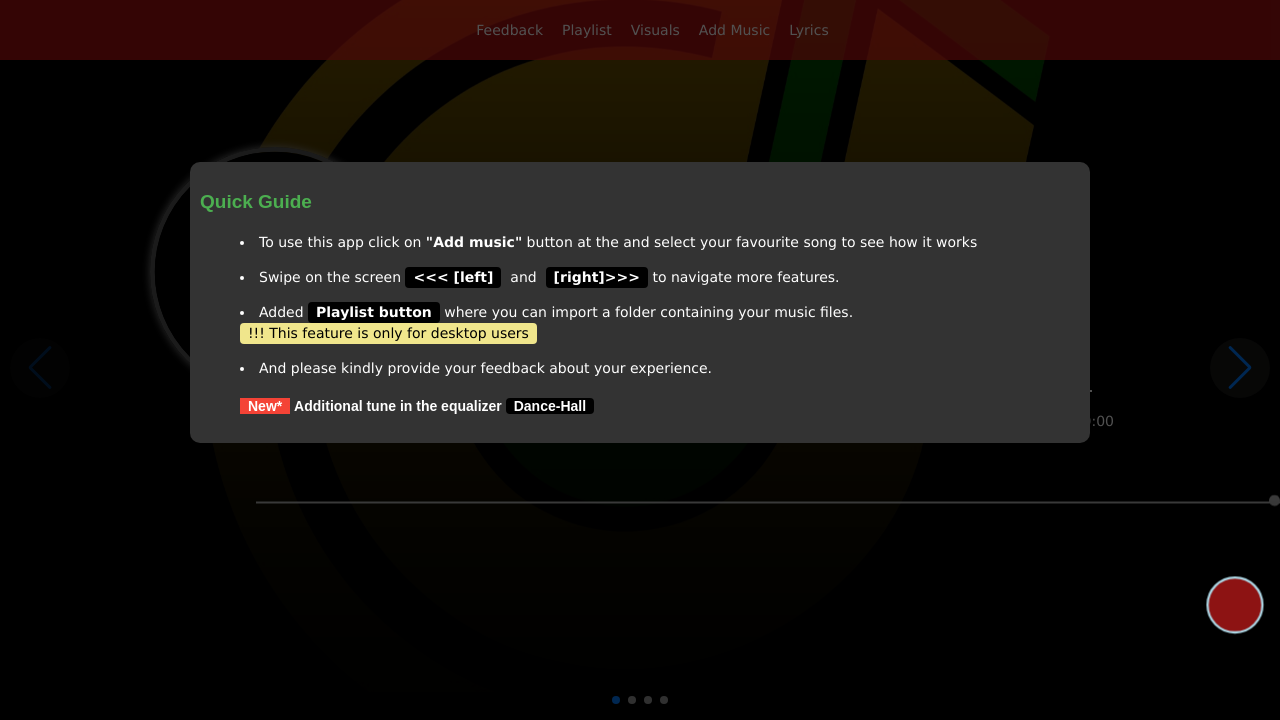
Repository: Mugamba669/JS-MusicFx
Page: Eq.html
An editor plug-in stored every save of this project. The page is shown before and after the next save, followed by the edit.
The browser window is 1280 px wide. The pictures show the whole page.
Some icons come from a web library that is not loaded, so they are not drawn.

Above is the page before, as saved 2021-07-27 20:44:59.

### Eq.html
<!DOCTYPE html>
<html lang="en">

<head>
    <meta charset="utf-8">
    <!-- <title>AudioDroid-WebVersion</title> -->
    <meta name="viewport" content="width=device-width, initial-scale=1, minimum-scale=1, maximum-scale=1">

    <!-- Demo styles -->
    <link rel="stylesheet" href='./tools/swiper-bundle.min.css'>
    <link rel="stylesheet" type="text/css" href="./tools/font-awesome-4.3.0/css/font-awesome.css"></link>
    <link rel="stylesheet" type="text/css" href="./tools/Eq.css"></link>
</head>

<body>
    <!-- Swiper -->
    <div class="pop-container">
        <div class="pop-content">
            <p>Do you want to restore your current settings?</p>
            <button id="done">OK</button>
            <button id="cancel">Cancel</button>
        </div>
    </div>

    <div class="t-container">
        <div class="t-content">
            <p>Do you want to restore your current settings?</p>
            <button id="t-done">OK</button>
            <button id="t-cancel">Cancel</button>
        </div>
    </div>

    <div class="r-container">
        <div class="r-content">
            <p>Do you want to restore your current settings?</p>
            <button id="r-done">OK</button>
            <button id="r-cancel">Cancel</button>
        </div>
    </div>
<!-- lyrics -->
<div class="lyrics-container">
    <div class="lyrics-wrapper">
        <p class="lyrics">No lyrics found !!!!</p>
    </div>
</div>
<!-- playlist -->
    <div class="w3-modal w3-container plist">
        <div class="w3-modal-content list">
                <p>Tracks ( <b class="total">0</b> )<label class="w3-indigo btn-playlist" for="tracks">Open Folder</label></p>
                <button class="fab-btn fa fa-arrow-right"></button>
                <!-- loader -->
                <div class="loader-container">
                    <!-- loader body -->
                    <div class="loader-body">
                        <!-- text-wrapper -->
                        <div class="text-wrapper">
                            <p class="text-l"><span class="text-output">0</span>&nbsp;&nbsp;%</p>
                        </div>
                        <!-- loader-widget -->
                        <div class="loader-wrapper">
                            <span class="progress-loader"></span>
                        </div>
                           <!-- animate backgro
                    <div class="loader-animate"></div> -->
                    </div>
                    <div class="success-container">
                        <p>Loaded <b class="msg"></b></p>
                    </div>
                </div>
        </div>

    </div>
    <input type="file" style="display: none;" accept='audio/*' webkitdirectory id='tracks'/>
    <!-- deprected -->
    <div id="mono-error" class="w3-animate-zoom w3-modal">
        <div class="w3-modal-content w3-khaki">
            <h3>This feature is <b class="w3-text-red">Depreacted</b> in ths version but will be supported in later version.</h3>
        </div>
    </div>
    <!-- bottom sheet -->
    <div class="bottom-container">
        <div class="bottom-sheet">
            <p class="next-track">Next Track</p>
        </div>
    </div>
    <!-- Changelog -->
    <div id="changelog" class="w3-modal">
        <div id="change-cont" style="overflow: auto;" class="w3-modal-content">
            <dl class="w3-text-green">Quick Guide</dl>
            <dt>
            <p><dd><li>To use this app click on <b>"Add music"</b>  button at the and select your favourite song to see how it works</li></dd></p>
            <p><dd><li>Swipe on the screen <b class="w3-tag w3-round"><<< [left]</b>&nbsp;&nbsp;and&nbsp;&nbsp;<b class="w3-tag w3-round">[right]>>></b> to navigate more features.</li></dd></p>
            <p><dd class=""><li>Added <b class="w3-tag w3-round">Playlist button</b> where you can import a folder containing your music files.<label class="w3-tag w3-khaki w3-round">!!! This feature is only for desktop users</label></label> </li></dd></p>
            <p><dd><li>And please kindly provide your feedback about your experience.</li></dd></p>
          </dt>
            <dl>
                <!-- <dt class="w3-tag w3-black">Changelog</dt><br> -->
                <!-- <dd> <span class="w3-tag w3-red">New*</span>&nbsp;Auto EQ-Tunner.</dd><br> -->
                <dd class="w3-text-white"><span class="w3-tag w3-red">New*</span>&nbsp;Additional tune in the equalizer <b class="w3-tag black w3-round">Dance-Hall</b></dd>
            </dl>
            <div class="fab">
                <button class="btn-fab fa fa-check" id="close-log"></button>
            </div>
        </div>
    </div>
    <!-- pop up for visualizers-->
    <div class="box w3-modal w3-animate-top">
        <div class="body w3-modal-content ">
            <p class="w3-hover-light-blue"> Visual dancing bars</p>
            <p class="w3-hover-light-blue"> Visual spectrum bars</p>
            <p class="w3-hover-light-blue"> Visual double dancing bars</p>
            <p class="w3-hover-light-blue"> Visual spiral center bars</p>
            <p class="w3-hover-light-blue">No visual Display</p>
        </div>
    </div>
<canvas id="image-color" style="display: none;"></canvas>
    <div class="swiper-container">
        <div class="visualizers">
             <!-- double visualizer -->
         <div class="double-visual">
            <canvas class="db" id="up-bars-visual"></canvas>
            <canvas class="db" id="dw-bars-visual"></canvas>
        </div>
        <!-- -------- -->

        <div class="norm-visual">
            <!-- bars visualizer -->
            <canvas class="bv" id="bars-visual"></canvas>
            <!-- spectrum visualizer -->
            <canvas class="sv" id="spec-visual"></canvas>
        </div>


                        <!-- spiral visualizer -->
                        <div class="spiral">
                            <div class="row1">
                                <canvas class="sp1"></canvas>
                                <canvas class="sp1"></canvas>
                            </div>
                            <div class="row2">
                                <canvas class="sp1"></canvas>
                                <canvas class="sp1"></canvas>
                            </div>
                        </div>
                        <!----------------------------------->

        </div>

        <div class="swiper-wrapper">
            <div class="swiper-slide">
                <br>
                    <div class="body-content">
                        <input type="file" accept="audio/*" id="demo">
                        <br>
                        <div class="image-container">
                            <img src="" id="trackId" alt="TrackId">
                        </div>
                    <div class="main-body">
                        <div class="btn-container">
                            <button class="repeat-off fa fa-repeat" id="prev"></button>
                            <button class="repeat-on fa fa-repeat" id="prev"></button>
                            <button id="prevTrack" class="fa fa-step-backward"></button>

                            <button id="pause" style="cursor: pointer;" class="fa fa-pause btn-tn"></button>
                            <button id="play" style="cursor: pointer;" class="fa fa-play btn-tn"></button>

                            <button class="fa fa-step-forward" id="nextTrack"></button>
                            <button class="mute-on fa fa-volume-off" id="next"></button>
                            <button class="mute-off fa fa-volume-up" id="next"></button>

                        </div>

                        <div class="slider-container ">
                            <input type="range" class="progress-bar" value="0" max="" min="" id="prog">

                        </div>
                        <br>
                        <div id="update">
                            <span class=" w3-tag time">0:00</span><br><span class="w3-tag time">0:00</span>
                        </div>
                    </div>
                </div>
                        <div class="details">
                                <span id="title" class="title"><b>Title</b></span><br/>
                                <div class="bottom-details">
                                    <span id="artist" class="artist">artist </span>
                                    <span class="separator">|</span>
                                    <span id="album" class="album">album</span>
                                    <span class="separator2">|</span>
                                    <span id="size"class="size">size</span>

                                </div>

                        </div>

                <div class="control">
                    <button id="feedback">Feedback</button>
                    <button id="playlist">Playlist</button>
                    <button id="visual-select">Visuals</button>
                    <button id='add-music'>Add Music</button>
                    <button id='lyrics-btn'>Lyrics</button>
                </div>
            </div>
<!-- Equalizer -->
            <div class="swiper-slide shade200">
                <p>Equalizer</p>
                <hr>
                <br>
                <select id="eqns">
     	 <option selected value="normal">Normal</option>
     	 <option value="bass">Hip Hop</option>
        <option value="rock">Rock</option>
        <option value="rnb">R&B</option>
        <option value="reg">Reggea</option>
        <option value="flat">Flat</option>
        <option value="dance">Dance-Hall</option>
        <option value="heavy">Heavy Metal</option>
     	 <option value="vocal">Vocal Boost</option>
     	 <option value="pop">Pop</option>
      </select>
                <br>
                <div class="auto">
                    <button>Auto-EQ</button>
                </div>
                <!-- stereo -->
                <p class="p-label">Stereo : <span id="st-out">0 dB</span></p>
                <input type="range" value="0" max="5" id="stereo" min="0" step="0.01">
                <!-- mid -->
                <p class="p-label">Mid XT : <span id="tb2">0 dB</span></p>
                <input type="range" value="0" max="3" id="treb-boost" min="0" step="0.01">
                <!-- bass -->
                <p class="p-label">Bass : <span id="bb1">50 dB</span></p>
                <input type="range" value="50" max="120" min="0" step="0.01" id="bass">
                <!-- bass-boast -->
                <p class="p-label">Bass Boost : <span id="bb2">2 dB</span></p>
                <input type="range" value="2" max="4" min="0" step="0.01" id='bass-boost'>
                <br>
                <br>
                <button id="reset" class="eq-reset">Reset</button>
                <br>

                <div class="load-body">
                    <b style="text-align: center;"><U>ATTENTION!!!</U></b><br>
                    <i style="color: white;font:bolder 15px Arial;">* By enabling this feature the player will be in able automatically select a suitable <em>EQ</em> for any track playing</i> <br>
                    <button id="ok">Ok</button>
                    <button id="can">Cancel</button>
                </div>
            </div>


            <div class="swiper-slide shade200">
                <p>Audio Tuning</p>
                <hr>
                <p class="p-label">Volume : <span id="vol">17 %</span></p>
                <input type="range" id="vol-add" value="0.17" max="1" min="0" step="0.01">
                <p class="p-label">Speed Rate : <span id="sp-rate">1.00 xp </span></p>
                <input type="range" id="rate-xp" value="1" max="2" min="0.5" step="0.01">

                <p class="p-label">Balance : <span id="bal">0 dB</span></p>
                <input type="range" value="0" id="balance" max="1" min="-1" step="0.01">

                <p class="p-label">Audio Gain : <span id="audio-b">1.0 dB</span></p>
                <input type="range" value="1" id="audio-boost" max="3" min="1" step="0.01">
                <p class="p-label">Limit : <span id="limit">0 dB</span></p>
                <input type="range" value="0" id="audio-limit" max="0" min="-100" step="0.01">
                <br>
                <br>
                <button style="display:none ;" class="tuning" id="reset">Reset</button>

            </div>



            <div class="swiper-slide shade200">
                <p>Room Effects</p>
                <hr>
                <br>
                <div class="switch">
                    <label class="w3-tag w3-round" style="font-size:14px;" for="switch" id="tx">Off</label>
                    <input type="checkbox" id="switch">
                </div>

                <select id="r-effects" disabled>
     		<option value="">Preset</option>
     		<option value="echo">Echo</option>
     		<option value="auditorium">Auditorium</option>
     		<option value="scene">Scene</option>
     		<option value="smallroom">Small Room</option>
     		<option value="medium">Medium Room</option>
     		<option value="greathall">Great Hall</option>
     		<option value="stadium">Stadium</option>
     </select>
                <br>
                <p class="p-label">Delay 01 : <span id="d1">0 dB</span></p>
                <input type="range" id="d1-v" value="0" max="1.6" min="0" step="0.01" disabled='true'>

                <p class="p-label">Size 01 : <span id="s1">0 dB</span></p>
                <input type="range" id="s1-v" value="0" max="1.5" min="0" step="0.01" disabled>

                <p class="p-label">Delay 02 : <span id="d2">0 dB</span></p>
                <input type="range" id="d2-v" value="0" max="1.6" min="0" step="0.01" disabled>

                <p class="p-label">Size 02 : <span id="s2">0 dB</span></p>
                <input type="range" value="0" id="s2-v" max="1.5" min="0" step="0.01" disabled>
                <br>
                <br>
                <button id="reset" class="room">Reset</button>
            </div>
            <!--div class="swiper-slide"></div-->
        </div>
        <div class="swiper-button-next"></div>
        <div class="swiper-button-prev"></div>
        <div class="swiper-pagination"></div>
    </div>



    <!-- Swiper JS -->
    <script src="./tools/swiper-bundle.min.js"></script>
    <script src="./tools/webkit-input-range-fill-lower.min.js"></script>
    <script src="./tools/jquery-1.9.1.min.js"></script>
    <script src="./tools/jquery-ui.min.js"></script>
    <script src="./tools/id3-minimized.js"></script>
    <script src="./tools/default.js"></script>
    <script type="module"  src="./tools/Eq.js"></script>
    <script>
    </script>
</body>

</html>

### tools/Eq.js
import { Equalizer } from "../tools/Equalizer.js";

var controls = {
    spaceBetween: 0,
    parallax:true,
    speed:1000,
    effect:"flip",// flip coverflow cube fade
    gradCursor:true,
    pagination: {
        el: '.swiper-pagination',
        clickable: true,
    },
    coverflowEffect: {
        rotate: 50,
        stretch: 0,
        depth: 100,
        modifier: 1,
        slideShadows: true,
      },
      cubeEffect: {
        shadow: false,
        slideShadows: false,
        shadowOffset: 20,
        shadowScale: 0.94,
      },
    navigation: {
        nextEl: ".swiper-button-next",
        prevEl: ".swiper-button-prev",
      },
}
new Swiper('.swiper-container',controls );

document.addEventListener("DOMContentLoaded", () => {
    new WebkitInputRangeFillLower({
        selectors: ['bass', 'treble','stereo', 'treb-boost', 'bass-boost', 'vol-add', 'rate-xp', 'balance', 'audio-boost', 'audio-limit', 'd1-v', 's1-v', 'd2-v', 's2-v'],
        color: '#63cdff'
    });
    new WebkitInputRangeFillLower({
        selectors: ['audio-boost','.progress-bar' ,'rate-xp'],
        color: '#63cdff'
    });
});
(function($) {
    $('#effects-off').hide();
    $('#effects-on').on('click', function() {
        $(this).hide();
        $('#effects-off').show();
    });

    $('#effects-off').on('click', function() {
        $(this).hide();
        $('#effects-on').show();
    });

    $("#open-btn-container").click(function() {
        $(".button-container").toggleClass("active");
        //$(this).css("opacity","0");
    });
    $(window).on("load", function() {
        $("#changelog").show();
    });
    $("#close-log").click(function() {
        $("#changelog").hide();
    });



    $("#add-music").click(function() {
        $("#demo").click();
    })
    $('#feedback').click(function() {
        location = "mailto:brunohectre@gmail.com";
    })

})(jQuery);

// default display
$(window).on("load", function() {
    document.querySelector(".swiper-container").style.backgroundImage = "url(" + defaultPic.image + ")";
    $("#trackId").attr("src", defaultPic.image);
    $('.fab-btn').addClass('active')
    //   alert("Cordova");
});

$("#visual-select").click(function() {
    $(".box").slideDown();
});
$(".box").click(function() {
    $(this).slideUp();
});
try {
    // Default selection
$("#bars-visual").hide().css("transform", "translateY(115px)");;
$("#spec-visual").hide();
$("#up-bars-visual").hide();
$("#dw-bars-visual").hide();
$(".spiral").show();
} catch (error) {
    console.log(error)
}


// bars visualizer
$(".body p").eq(0).click(function() {
    $("#bars-visual").show().css("transform", "translateY(115px)");;
    $("#spec-visual").hide();
    $(".double-visual").hide();
    $(".spiral").hide();

});

// Spectrum visualizer
$(".body p").eq(1).click(function() {
    $("#spec-visual").show();
    $("#bars-visual").hide();
    $(".double-visual").hide();
    $(".spiral").hide();

});

// double visulizer
$(".body p").eq(2).click(function() {
    $(".double-visual").show();
    $("#up-bars-visual").show();
    $("#dw-bars-visual").show();
    $("#spec-visual").hide();
    $("#bars-visual").hide();
    $(".spiral").hide();

});
// Spiral visualizer
$(".body p").eq(3).click(function() {
    $(".double-visual").hide();
    $("#up-bars-visual").hide();
    $("#dw-bars-visual").hide();
    $("#spec-visual").hide();
    $("#bars-visual").hide();
    $(".spiral").show();
});

// Show no visualizer
$(".body p").eq(4).click(function() {
    $(".double-visual").hide();
    $("#up-bars-visual").hide();
    $("#dw-bars-visual").hide();
    $("#spec-visual").hide();
    $("#bars-visual").hide();
    $(".spiral").hide();
});


$(".auto button").click(function() {
    $(".load-body").show().addClass("active");
});

// playlist
$('#playlist').click(function(){
    $(".plist").addClass('w3-show')
})
// lyrics
$("#lyrics-btn").click(function(){
    $('.lyrics-container').show(function(){
        $(".lyrics-wrapper").addClass('active')
    });

})
//
$(".bottom-container").hide();
var q = new Equalizer();/**
    Initiating the Equalizer Engine
     */
q.getFile('#demo');
q.getProgressData('#prog');
q.getControlButtons(".btn-tn");
q.timeUpdate(".time");
q.getTempo("#rate-xp", "#sp-rate");
q.getAudioVolume("#vol-add", "#vol");
q.repeatStopTrack(".repeat-on",".repeat-off",'.mute-on','.mute-off');
q.getPlaylist("#tracks");

Loaded but not shown: tools/swiper-bundle.min.css (library); tools/swiper-bundle.min.js (library); tools/webkit-input-range-fill-lower.min.js (library); tools/jquery-1.9.1.min.js (library); tools/jquery-ui.min.js (library); tools/id3-minimized.js (library); tools/default.js (library); tools/w3.css (library); tools/Equalizer.js (1463 lines, source omitted); tools/Eq.css (1491 lines, source omitted)

After the next save:
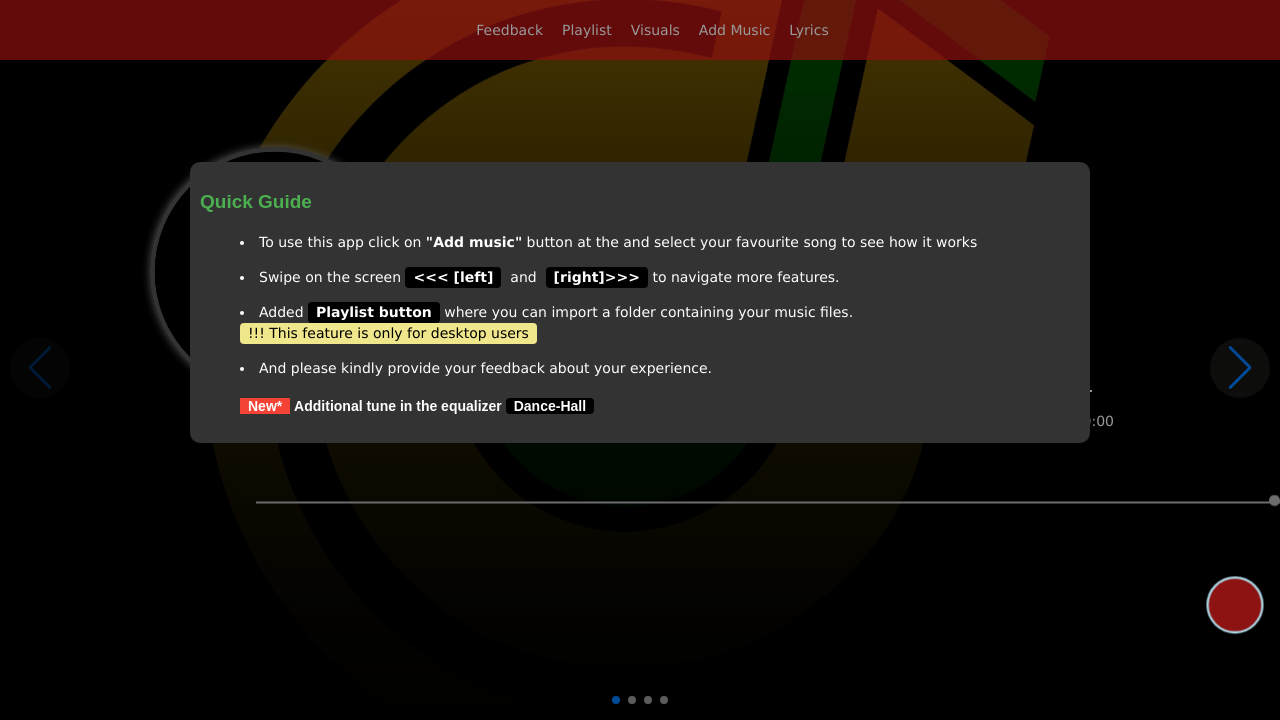
Saved 14 s later.
--- a/tools/Eq.js
+++ b/tools/Eq.js
@@ -158,6 +158,7 @@ $('#playlist').click(function(){
     $(".plist").addClass('w3-show')
 })
 // lyrics
+$('.lyrics-container').hide()
 $("#lyrics-btn").click(function(){
     $('.lyrics-container').show(function(){
         $(".lyrics-wrapper").addClass('active')
